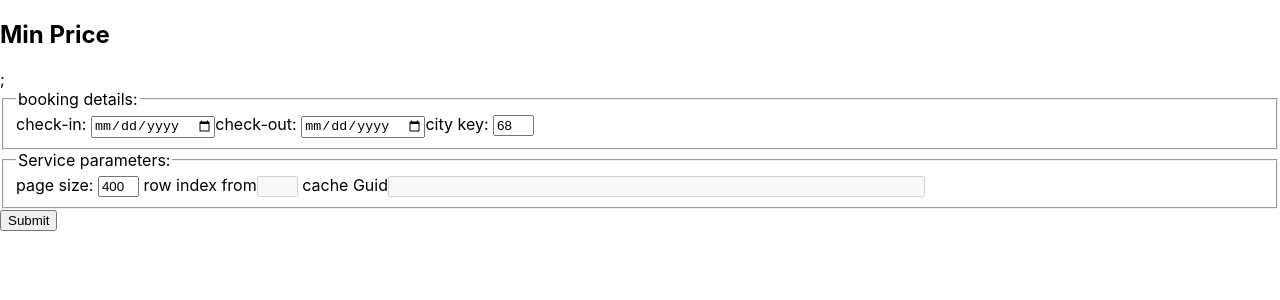
Repository: vsterev/il-test
Page: /min-price
An editor plug-in stored every save of this project. The page is shown before and after the next save, followed by the edit.
The browser window is 1280 px wide. The pictures show the whole page.
The project was rebuilt for these pictures with package versions that can differ from the ones it lists, and the page was loaded fresh each time. A package was used in the major version that the imports need, not the one package.json lists. Also part of the build but not shown: src/components/error/index.jsx.

Above is the page before, as saved 2021-04-27 09:40:59.

### src/index.js
import React from 'react';
import ReactDOM from 'react-dom';
import './index.css';
// import App from './App';
import reportWebVitals from './reportWebVitals';
// import MinPrice from './components/minPrice';
import Navigation from './navigation';

ReactDOM.render(
  <React.StrictMode>
    {/* <App /> */}
    {/* <MinPrice /> */}
    <Navigation />
  </React.StrictMode>,
  document.getElementById('root')
);

// If you want to start measuring performance in your app, pass a function
// to log results (for example: reportWebVitals(console.log))
// or send to an analytics endpoint. Learn more: https://bit.ly/CRA-vitals
reportWebVitals();

### src/navigation.jsx
import React from 'react';
import { Switch, BrowserRouter, Route, Redirect } from 'react-router-dom';
import MinPrice from './components/minPrice';
import Error from './components/error';
const Navigation = () => {
  return (
    <BrowserRouter>
      <Switch>
        <Route path="/min-price" render={() => <MinPrice />} />
        <Route path="*" render={() => <Error msg="Page not Found - 404" />} />
      </Switch>
    </BrowserRouter>
  );
};
export default Navigation;

### src/components/minPrice/index.jsx
import React, { useState } from 'react';
import InterLookServices from '../../services/inLook';
const MinPrice = () => {
  const [details, setDetails] = useState({
    checkIn: '',
    checkOut: '',
    cityKey: '68',
    pageSize: '400',
    rowIndexFrom: undefined,
    cacheGuid: undefined,
  });
  const [prices, setPrices] = useState([]);
  const [request, setRequest] = useState('');
  const submitHandler = (e) => {
    e.preventDefault();
    console.log(details);
    InterLookServices.minPrices({
      checkIn: details.checkIn,
      checkOut: details.checkOut,
      pageSize: details.pageSize,
      cityKey: details.cityKey,
      rowIndexFrom: details.rowIndexFrom,
      cacheGuid: details.cacheGuid,
    })
      .then((result) => {
        // setPrices([result.a]);
        console.log(result);
        setRequest(result.requeststr);
        setPrices([...prices, result.arrPrices]);
        setDetails({ ...details, cacheGuid: result.cacheGuid });

        // setDetails({ ...details, cacheGuid: result.cacheGuid });
        // setDetails({ ...details, rowIndexFrom: result.rowIndexFrom });
      })
      .catch(console.log);
  };
  return (
    <React.Fragment>
      <h2>Min Price</h2>;
      <form onSubmit={submitHandler}>
        <fieldset>
          <legend>booking details:</legend>
          <label htmlFor="checkIn">check-in: </label>
          <input
            type="date"
            id="checkIn"
            value={details.checkIn}
            onChange={(e) => setDetails({ ...details, checkIn: e.target.value })}></input>
          <label htmlFor="checkOut">check-out: </label>
          <input
            type="date"
            id="checkOut"
            value={details.checkOut}
            onChange={(e) => setDetails({ ...details, checkOut: e.target.value })}></input>
          <label htmlFor="cityKey">city key: </label>
          <input
            type="text"
            id="cityKey"
            size="2"
            value={details.cityKey}
            onChange={(e) => setDetails({ ...details, cityKey: e.target.value })}
          />
        </fieldset>
        <fieldset>
          <legend>Service parameters:</legend>
          <label htmlFor="pageSize">page size: </label>
          <input
            type="text"
            id="pageSize"
            size="2"
            value={details.pageSize}
            onChange={(e) => setDetails({ ...details, pageSize: e.target.value })}
          />
          <label htmlFor="rowIndexFrom"> row index from</label>
          <input
            type="text"
            value={details.rowIndexFrom}
            disabled
            size="2"
            onChange={(e) => setDetails({ ...details, rowIndexFrom: e.target.value })}
          />
          <label htmlFor="cacheGuid"> cache Guid</label>
          <input
            type="text"
            value={details.cacheGuid}
            disabled
            size="64"
            onChange={(e) => setDetails({ ...details, cacheGuid: e.target.value })}
          />
        </fieldset>
        <button>Submit</button>
      </form>
      {!!request && <div>{request}</div>}
    </React.Fragment>
  );
};
export default MinPrice;

### src/services/inLook.js
const InterlookServices = {
  minPrices: (data) => {
    return fetch(`http://localhost:4000/il/min-price`, {
      body: JSON.stringify(data),
      method: 'POST',
      headers: { 'Content-type': 'application/json' },
    })
      .then((res) => res.json())
      .catch((e) => console.error(e));
  },
};
export default InterlookServices;

Loaded but not shown: public/index.html (common file); src/index.css (common file); src/reportWebVitals.js (common file)

After the next save:
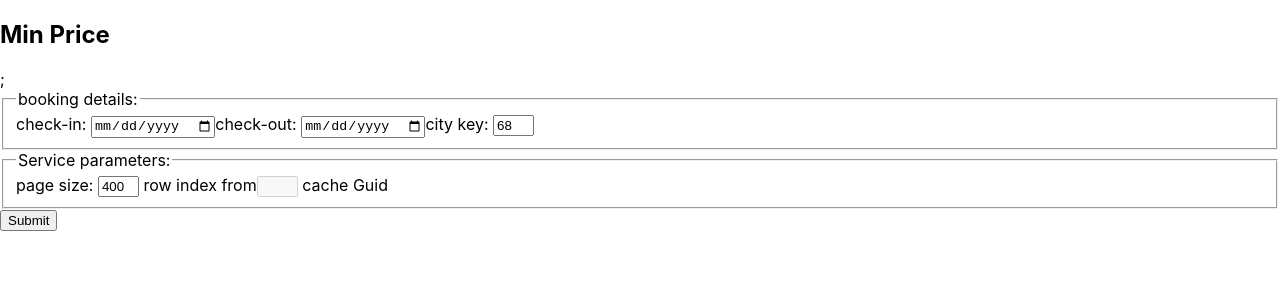
Saved 63 s later.
--- a/src/components/minPrice/index.jsx
+++ b/src/components/minPrice/index.jsx
@@ -80,13 +80,13 @@
             onChange={(e) => setDetails({ ...details, rowIndexFrom: e.target.value })}
           />
           <label htmlFor="cacheGuid"> cache Guid</label>
-          <input
+          {/* <input
             type="text"
             value={details.cacheGuid}
             disabled
             size="64"
             onChange={(e) => setDetails({ ...details, cacheGuid: e.target.value })}
-          />
+          /> */}
         </fieldset>
         <button>Submit</button>
       </form>

After the save that followed:
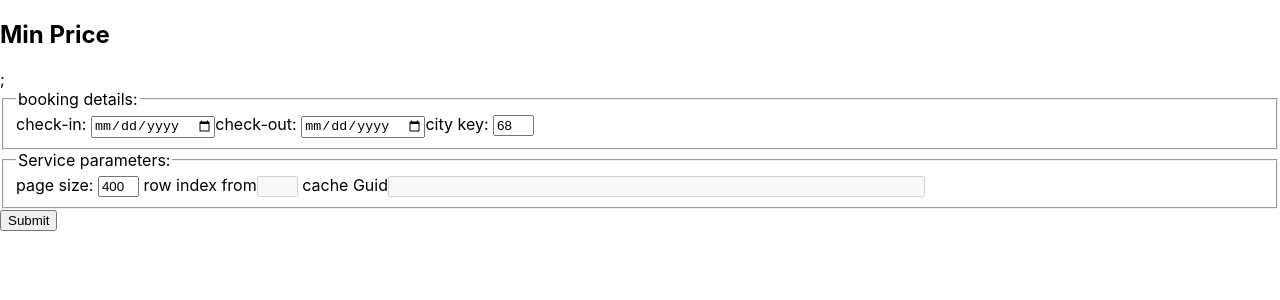
Saved 51 s later.
--- a/src/components/minPrice/index.jsx
+++ b/src/components/minPrice/index.jsx
@@ -7,7 +7,7 @@
     cityKey: '68',
     pageSize: '400',
     rowIndexFrom: undefined,
-    cacheGuid: undefined,
+    cacheGuid: '',
   });
   const [prices, setPrices] = useState([]);
   const [request, setRequest] = useState('');
@@ -80,13 +80,13 @@
             onChange={(e) => setDetails({ ...details, rowIndexFrom: e.target.value })}
           />
           <label htmlFor="cacheGuid"> cache Guid</label>
-          {/* <input
+          <input
             type="text"
             value={details.cacheGuid}
             disabled
             size="64"
             onChange={(e) => setDetails({ ...details, cacheGuid: e.target.value })}
-          /> */}
+          />
         </fieldset>
         <button>Submit</button>
       </form>
